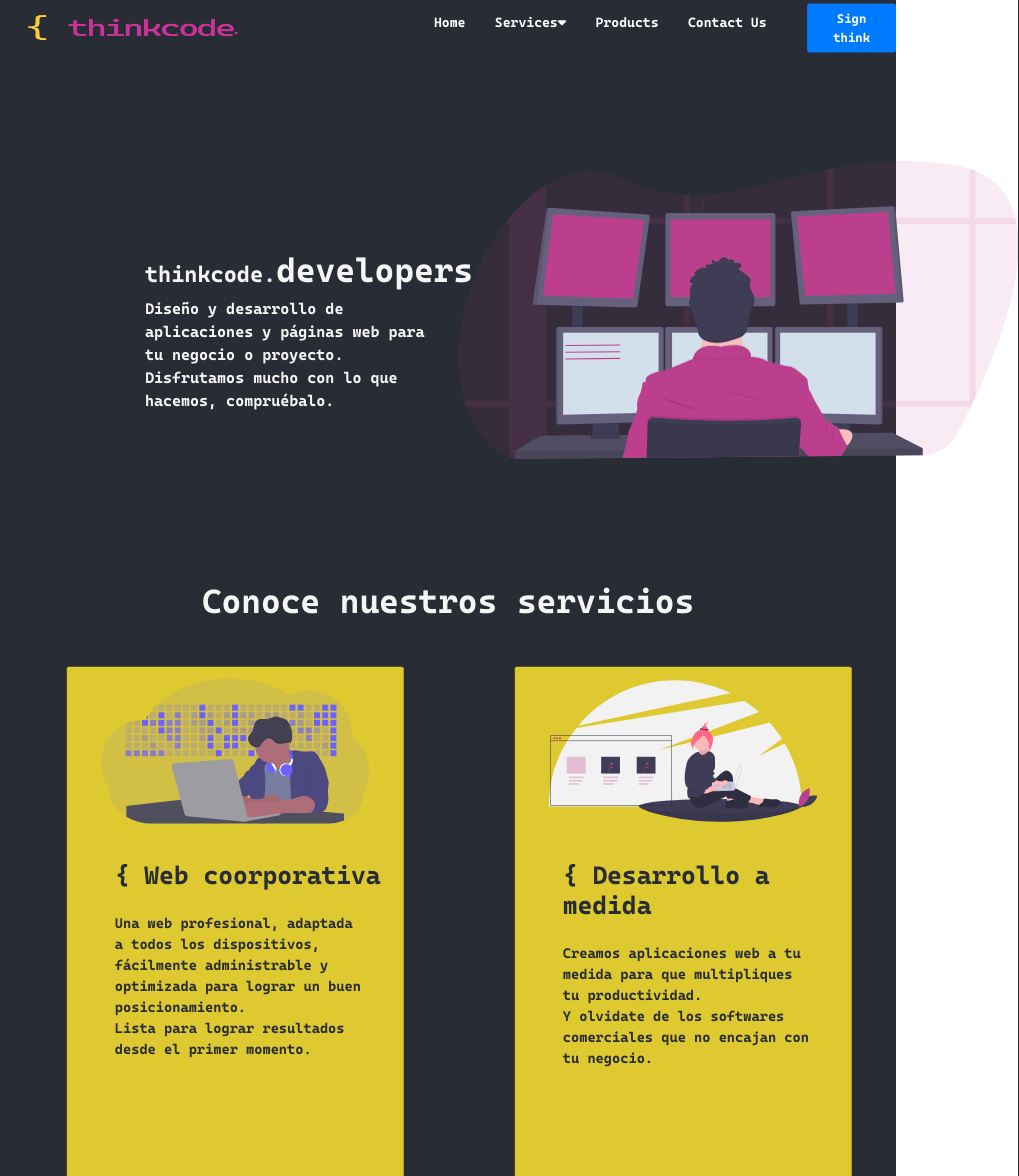
Repository: banchiec/thinkcode
Page: /
The author's editor kept a copy of each file at every save. The page is drawn from the files as they stood at one save, then again after the next save.
The browser window is 1280 px wide. The page is 1455 px wide, so the pictures cover 1455 px, including what lies to the right of the window. The pictures show the part of the page from y = 0 to 1680 px (the page is 3430 px tall), at 70% of full size.
Some web libraries are served in a nearby version. The project was rebuilt for these pictures with package versions that can differ from the ones it lists, and the page was loaded fresh each time. A package was used in the major version that the imports need, not the one package.json lists. Also part of the build but not shown: src/components/MenuItems.js, src/components/Dropdownthink.css, src/components/Dropdownthink.js, src/components/pages/Consulting.js, src/components/pages/ContactUs.js, src/components/pages/Marketing.js, src/components/pages/Products.js, src/components/pages/Services.js and 1 more.

Above is the page before, as saved 2020-11-27 11:23:44.

After the next save:
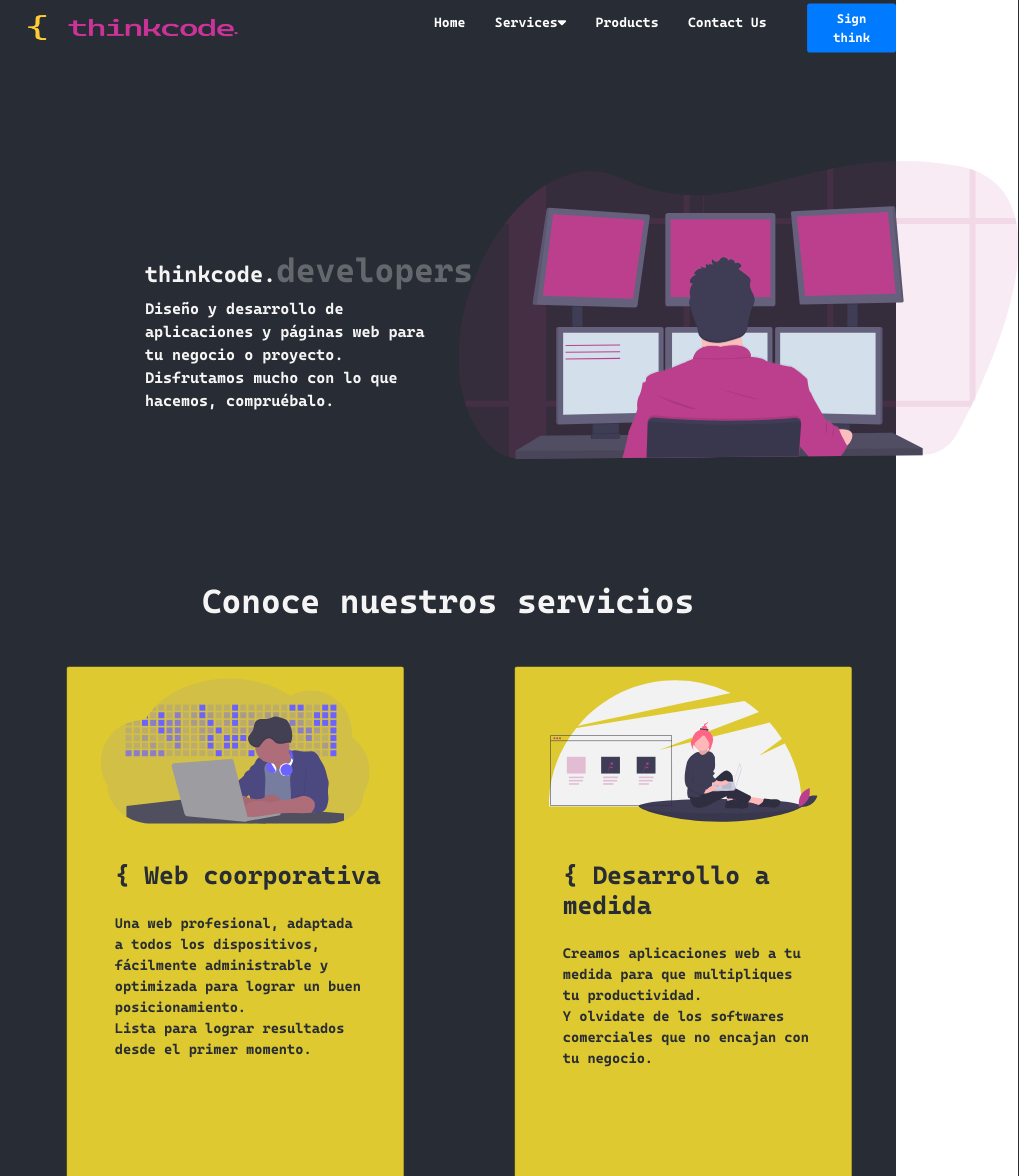
Saved 29 s later.
--- a/src/components/infoSection/InfoSection.js
+++ b/src/components/infoSection/InfoSection.js
@@ -10,7 +10,7 @@
                 <Row>
                     <Col  md={6} lg={6} >
                         <div className="content-text-infoSection">
-                            <h2 >thinkcode.<span className="text-title-infoSection animate__animated animate__fadeInLeft">developers</span></h2>
+                            <h2 >thinkcode.<span className="text-title-infoSection animate__animated animate__fadeInLeft animate__infinite infinite">developers</span></h2>
                             <p className="text-infoSection">Diseño y desarrollo de aplicaciones y páginas web para tu negocio o proyecto.
                             Disfrutamos mucho con lo que hacemos, compruébalo.</p>
                         </div>

After the 2 saves that followed:
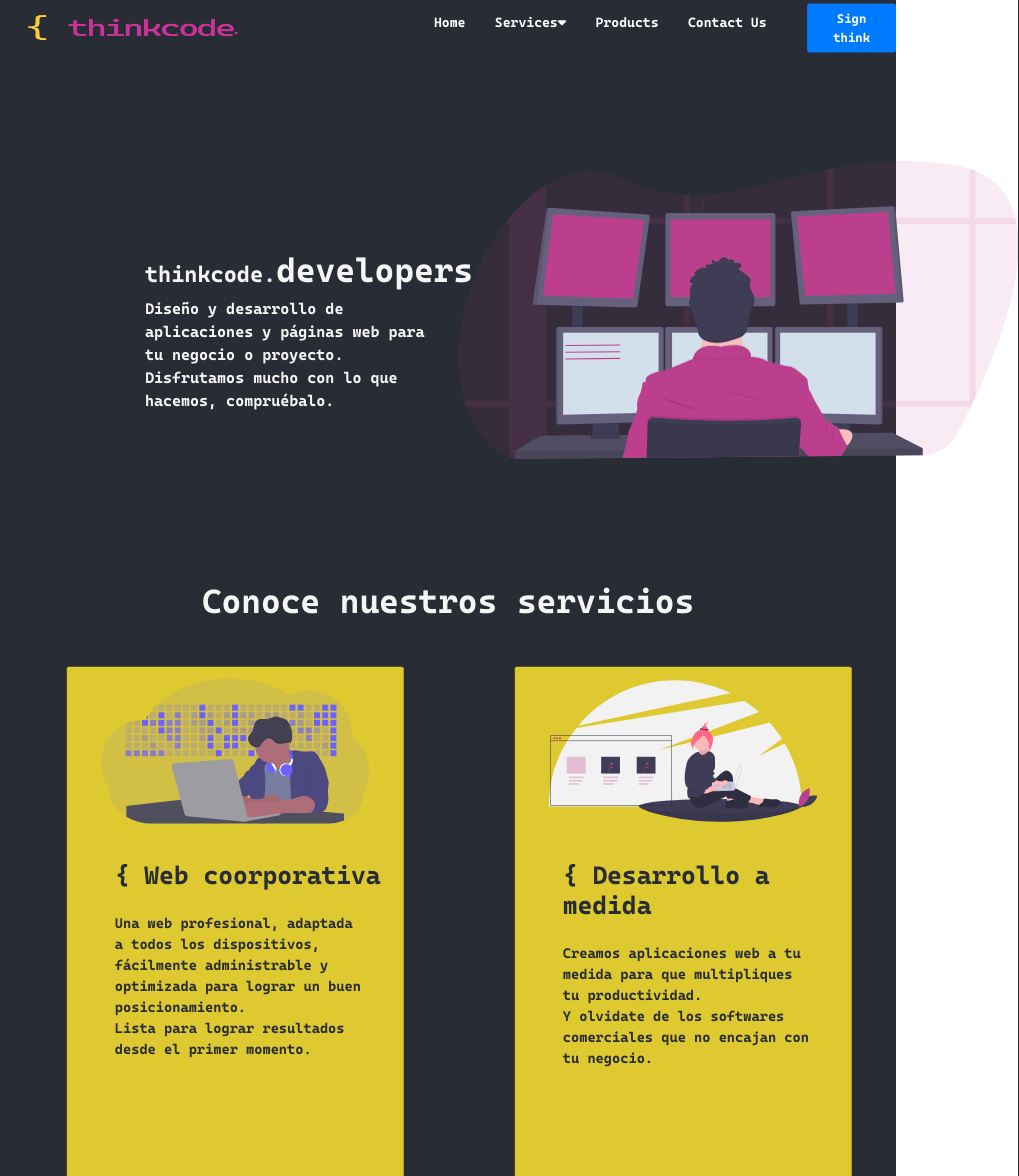
The 2 saves are shown as one change because 1 left the picture as it was.
The last was saved 55 s later.
--- a/src/components/infoSection/InfoSection.js
+++ b/src/components/infoSection/InfoSection.js
@@ -10,7 +10,7 @@
                 <Row>
                     <Col  md={6} lg={6} >
                         <div className="content-text-infoSection">
-                            <h2 >thinkcode.<span className="text-title-infoSection animate__animated animate__fadeInLeft animate__infinite infinite">developers</span></h2>
+                            <h2 >thinkcode.<span className="text-title-infoSection animate__animated animate__fadeInLeft ">developers</span></h2>
                             <p className="text-infoSection">Diseño y desarrollo de aplicaciones y páginas web para tu negocio o proyecto.
                             Disfrutamos mucho con lo que hacemos, compruébalo.</p>
                         </div>
